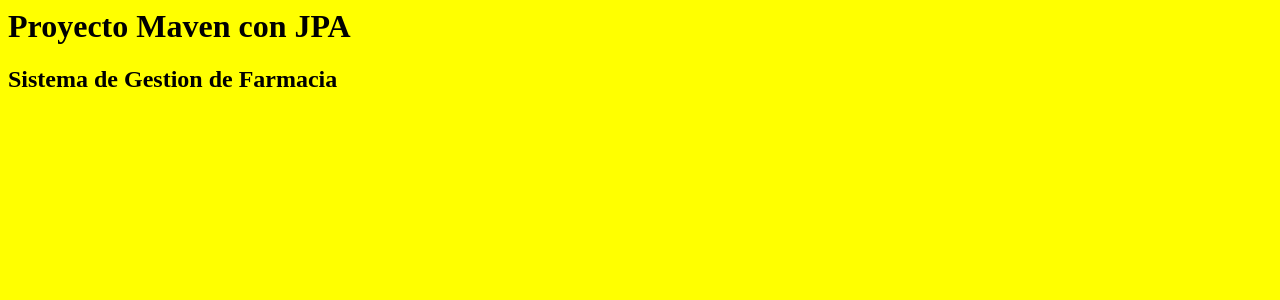
Repository: EDY-H-bot/EDY-H-bot
Page: http://localhost/ProyectoJPAMavenMarNoche/
These files come from the project's save history. The page is drawn as it stood at one moment and after the next save; the edit follows.
The browser window is 1280 px wide. The pictures show the whole page.
The page is served by Tomcat 9.

Above is the page before, as saved 2024-09-25 01:52:44.

After the next save:
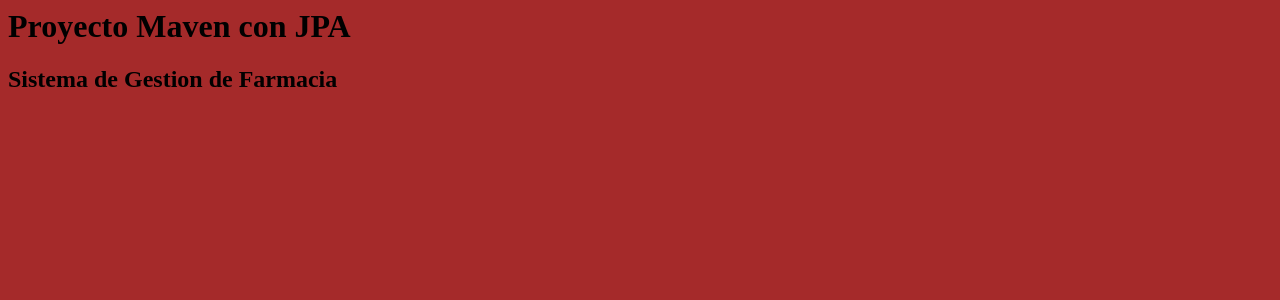
Saved 78 s later.
--- a/ProyectoJPAMavenMarNoche/src/main/webapp/index.jsp
+++ b/ProyectoJPAMavenMarNoche/src/main/webapp/index.jsp
@@ -1,5 +1,5 @@
 <html>
-<body bgcolor="yellow">
+<body bgcolor="brown">
 <h1>Proyecto Maven con JPA</h1>
 <h2>Sistema de Gestion de Farmacia</h2>
 </body>
